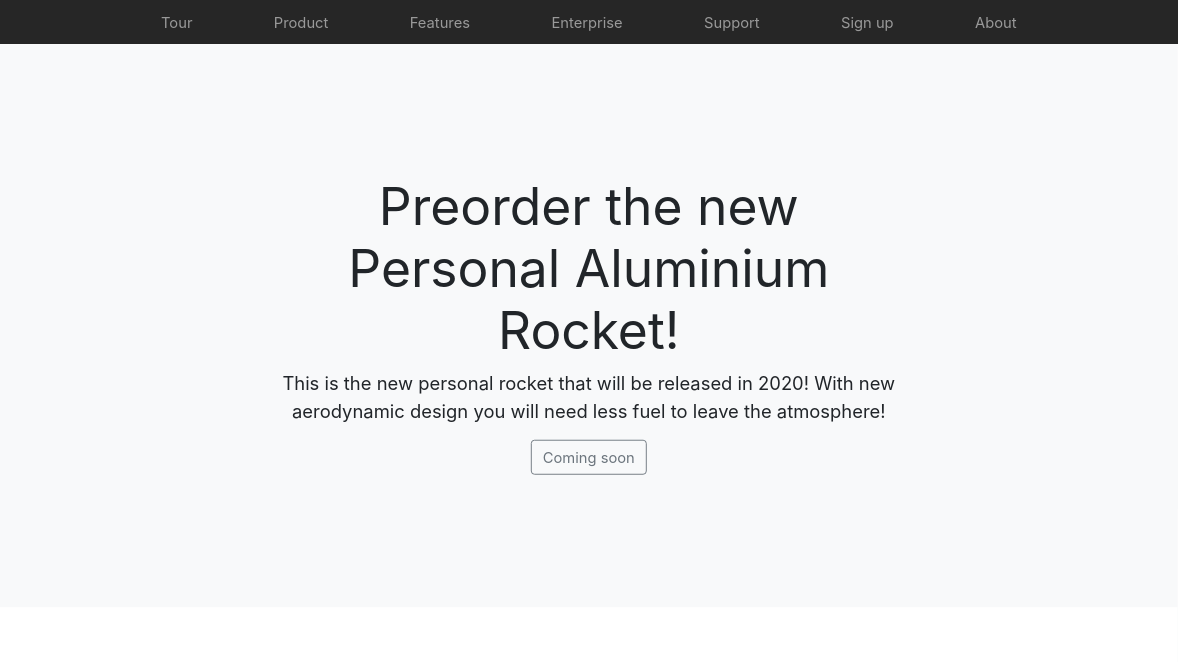
Repository: eashc001/EvanAshcraft-Resume
Page: LearnCS8-Twilio/index.html
The author's editor kept a record of every edit. The page is drawn from the files as they stood at one moment, then again after the next edit.
The browser window is 1280 px wide. The pictures show the whole page, at 92% of full size.

Above is the page before.

After the next edit:
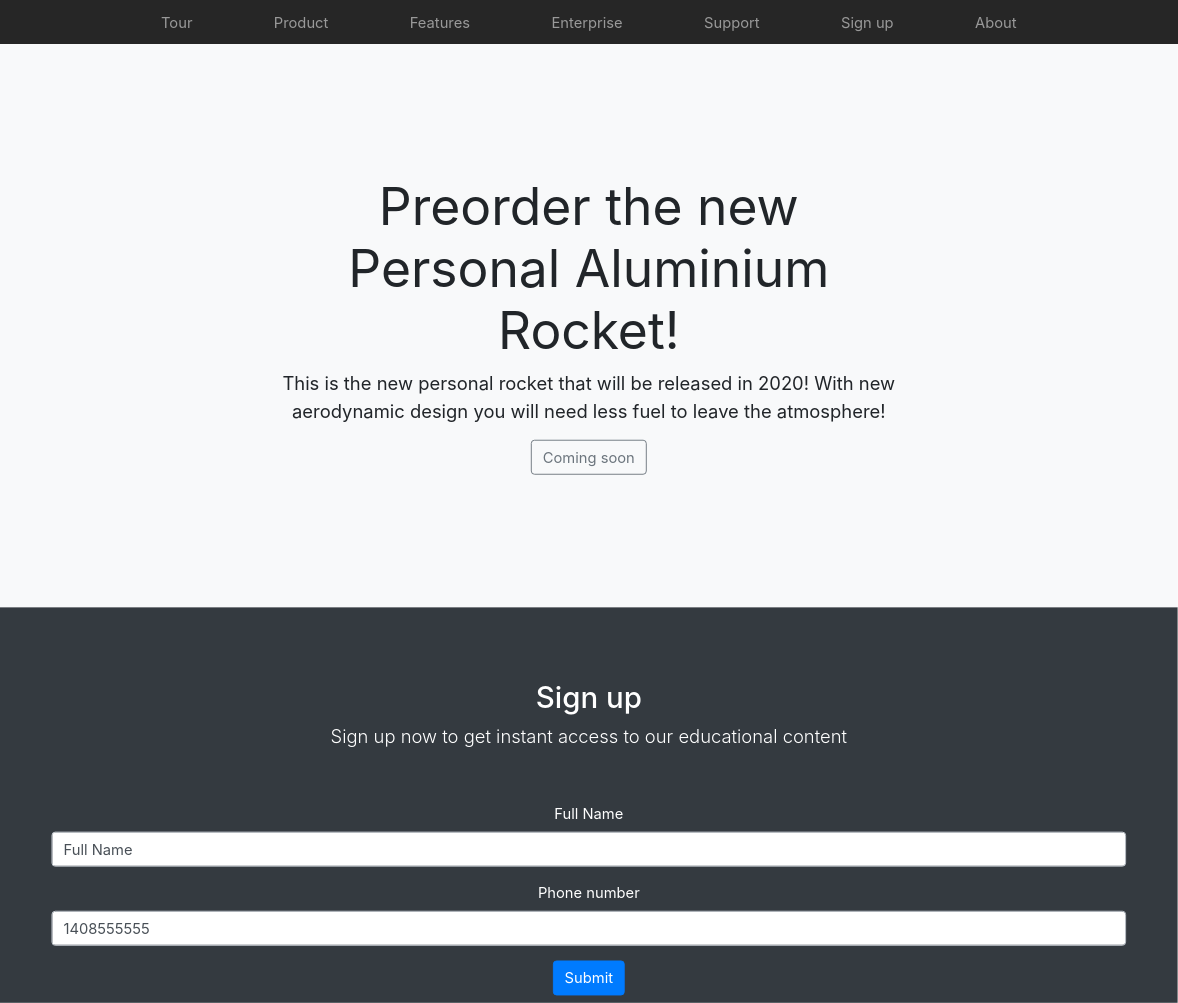
The edit:
--- a/LearnCS8-Twilio/index.html
+++ b/LearnCS8-Twilio/index.html
@@ -35,5 +35,45 @@
         <a class="btn btn-outline-secondary" href="https://www.rocketloans.com/">Coming soon</a>
     </div>
   </div>
+  <!-- Left Tile -->
+<div class="d-md-flex flex-md-equal w-100">
+    <div class="bg-dark pt-3 px-3 pt-md-5 px-md-5 text-center text-white overflow-hidden">
+        <div class="my-3 py-3">
+            <h2 class="display-5">Sign up</h2>
+            <p class="lead">Sign up now to get instant access to our educational content</p>
+        </div>
+        <!-- Web form when submitted will send a text message -->
+        <form class="p-2" onsubmit="sendTextMessage(); return false;">
+            <!-- Full Name Form Field -->
+            <div class="form-group">
+                <label for="example-first-name">Full Name</label>
+                <input type="text" value="Full Name" class="form-control" id="example-first-name" aria-describedby="emailHelp">
+            </div>
+            <!-- Phone Number Form Field -->
+            <div class="form-group">
+                <label for="example-tel-input">Phone number</label>
+                <input type="tel" class="form-control" value="1408555555" id="example-tel-input">
+            </div>
+            <!-- JavaScript that handles onSubmit logic -->
+            <!-- Configure the XHR request below with your own credentials -->
+            <script>
+            function sendTextMessage() {
+                console.log("Hello world!");
+                var xhr = new XMLHttpRequest();
+                var accountSID = "AC1d158559bfacca66368f632c6461b512";
+                var authToken = "d876519a8079aefae3c5d8ed3f214f3b";
+                var base64encoded = accountSID + ":" + authToken;
+                var params = "To=" + document.getElementById('example-tel-input').value + "&From=" + "XXXXXXXXXX" + "&Body=" + "Hello " + document.getElementById('example-first-name').value + " nice job on sending your first SMS with APIs."
+                xhr.open("POST", "https://api.twilio.com/2010-04-01/Accounts/" + accountSID + "/Messages.json", true);
+                xhr.setRequestHeader('Content-Type', 'application/x-www-form-urlencoded');
+                xhr.setRequestHeader('Authorization', 'Basic ' + btoa(base64encoded));
+                xhr.send(params);
+            }
+            </script>
+            <!-- Submit button that will execute the sendTextMessage function -->
+            <button type="submit" class="btn btn-primary">Submit</button>
+        </form>
+    </div>
+
   </body>
 </html>
